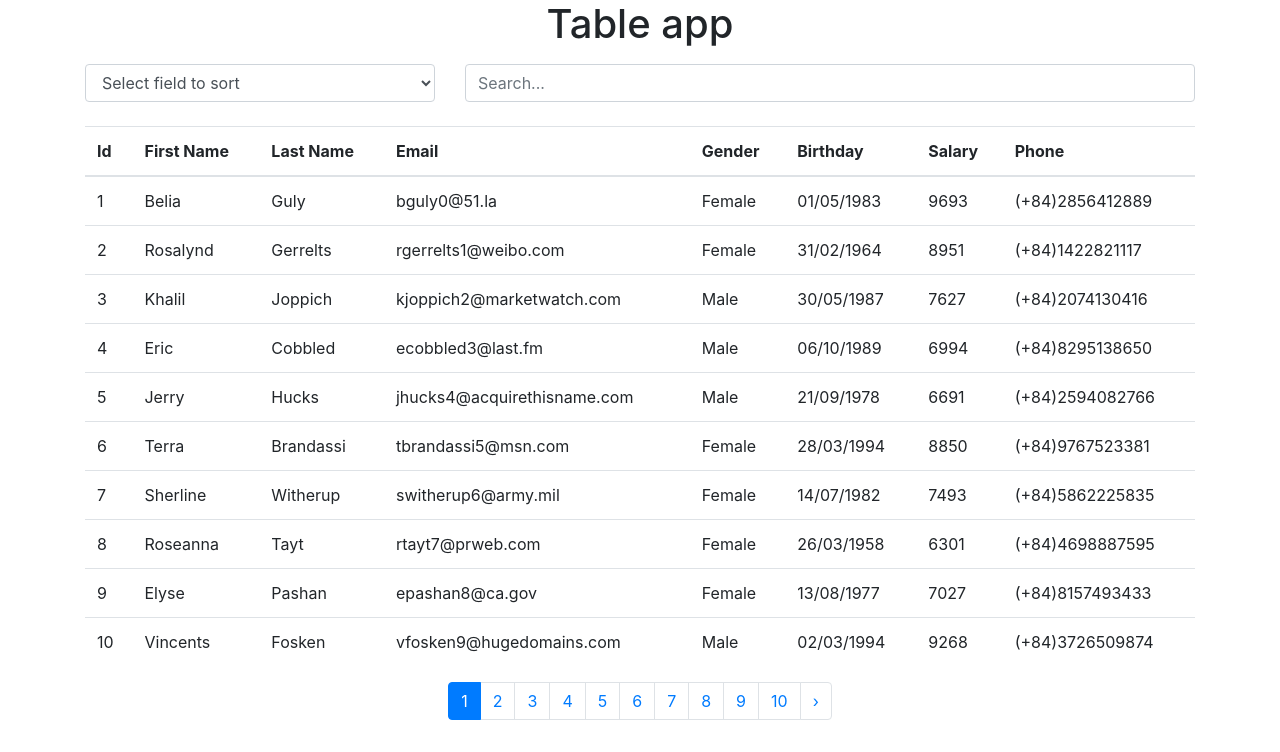
Repository: nguy3nds/table-app
Page: /
The author's editor kept a copy of each file at every save. The page is drawn from the files as they stood at one save, then again after the next save.
The browser window is 1280 px wide. The pictures show the whole page.
The project was rebuilt for these pictures with package versions that can differ from the ones it lists, and the page was loaded fresh each time.

Above is the page before, as saved 2021-09-21 14:58:34.

After the next save:
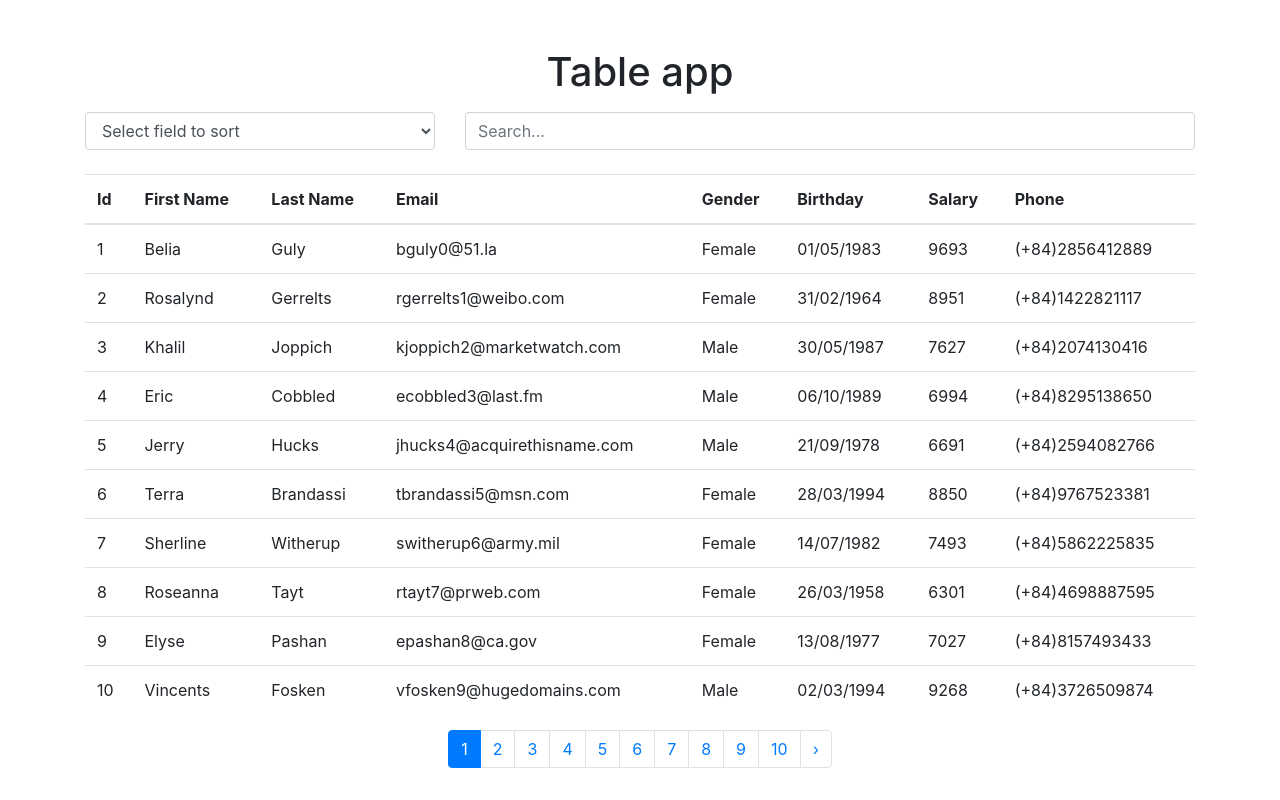
Saved 7 s later.
--- a/src/App.tsx
+++ b/src/App.tsx
@@ -74,7 +74,7 @@ const App: React.FC = () => {
   return (
     <div className="App">
       <Container>
-        <h1 className="text-center">Table app</h1>
+        <h1 className="text-center mt-5">Table app</h1>
         <Table>
           <Row className="my-2">
             <Col md="4">
